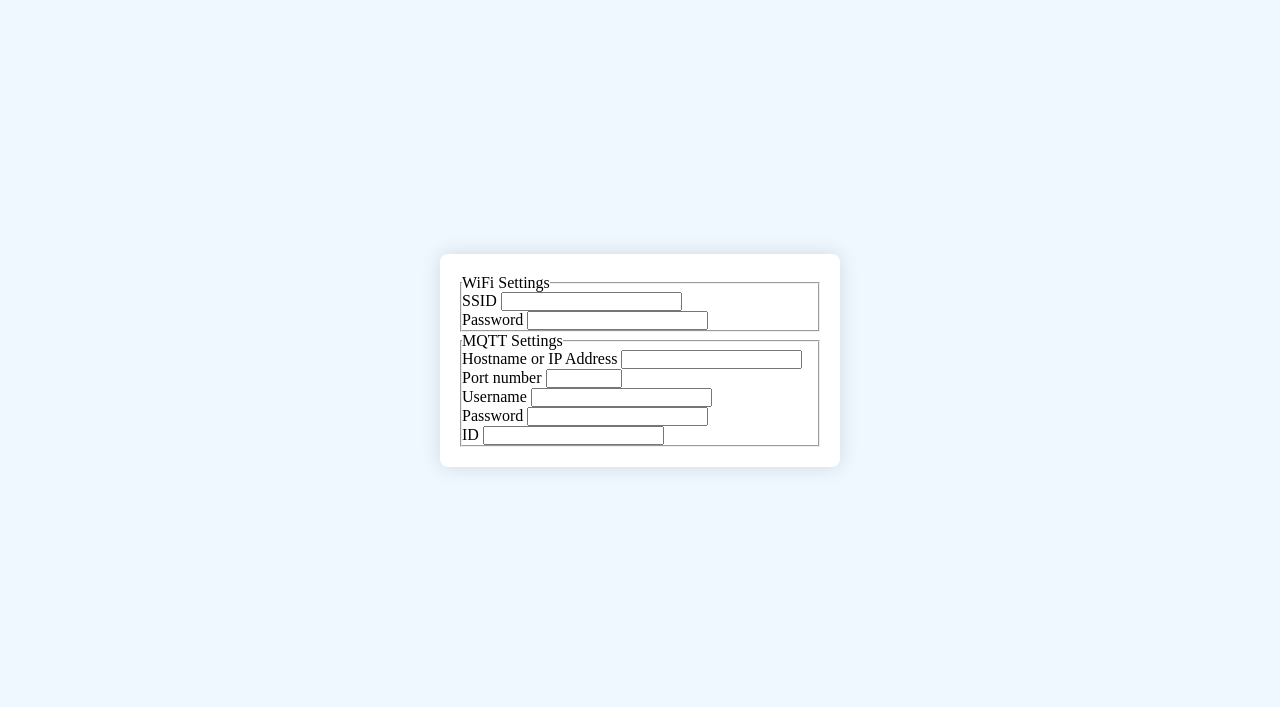
Repository: alex-dow/psikon-weather-station
Page: / (app in webapp/)
The author's editor kept a copy of each file at every save. The page is drawn from the files as they stood at one save, then again after the next save.
The browser window is 1280 px wide. The pictures show the whole page.
The project was rebuilt for these pictures with package versions that can differ from the ones it lists, and the page was loaded fresh each time.

Above is the page before, as saved 2021-12-10 13:54:49.

### webapp/public/index.html
<!DOCTYPE html>
<html lang="en">
<head>
	<meta charset='utf-8'>
	<meta name='viewport' content='width=device-width,initial-scale=1'>

	<title>Psikon Weather Station</title>
  <link rel="stylesheet" href="/global.css">
	<link rel='stylesheet' href='/bundle.css'>

	<script defer src='/bundle.js'></script>
</head>

<body>
</body>
</html>

### webapp/src/main.js
import App from './App.svelte';

const app = new App({
	target: document.body,
	props: {
		name: 'fmhe'
	}
});



export default app;

### webapp/src/App.svelte
<script>
	export let name = 'world';
</script>


  <section>
    <div class="container">

    <form>
      <fieldset>
        <legend>WiFi Settings</legend>
        <div class="form-group">
          <label for="wifi_ssid">SSID</label>
          <input id="wifi_ssid"/>
        </div>
        <div class="form-group">
          <label for="wifi_password">Password</label>
          <input id="wifi_password"/>
        </div>
      </fieldset>
      <fieldset>
        <legend>MQTT Settings</legend>
        <div class="form-group">
          <label for="mqtt_host">Hostname or IP Address</label>
          <input id="mqtt_host"/>
        </div>
        <div class="form-group">
          <label for="mqtt_port">Port number</label>
          <input id="mqtt_port" type="number" min="0" max="65536"/>
        </div>
        <div class="form-group">
          <label for="mqtt_username">Username</label>
          <input id="mqtt_username"/>
        </div>
        <div class="form-group">
          <label id="mqtt_password">Password</label>
          <input id="mqtt_password"/>
        </div>
        <div class="form-group">
          <label for="mqtt_id">ID</label>
          <input id="mqtt_id" /><br/>
        </div>
      </fieldset>
    </form>
    </div>
  </section>



<style>
 section {
  min-height: 100vh;
  width: 100%;
  display: flex;
  align-items: center;
  justify-content: center;
  background-color: aliceblue;
 }
 .container {
  max-width: 400px;
  width: 90%;
  padding: 20px;
  box-shadow: 0px 0px 20px #00000020;
  border-radius: 8px;
  background-color: white;
 }
</style>

### webapp/public/global.css
* {
  padding: 0;
  margin: 0;
  box-sizing: border-box;
 }
 body {
  font-family: "Montserrat";
 }

After the next save:
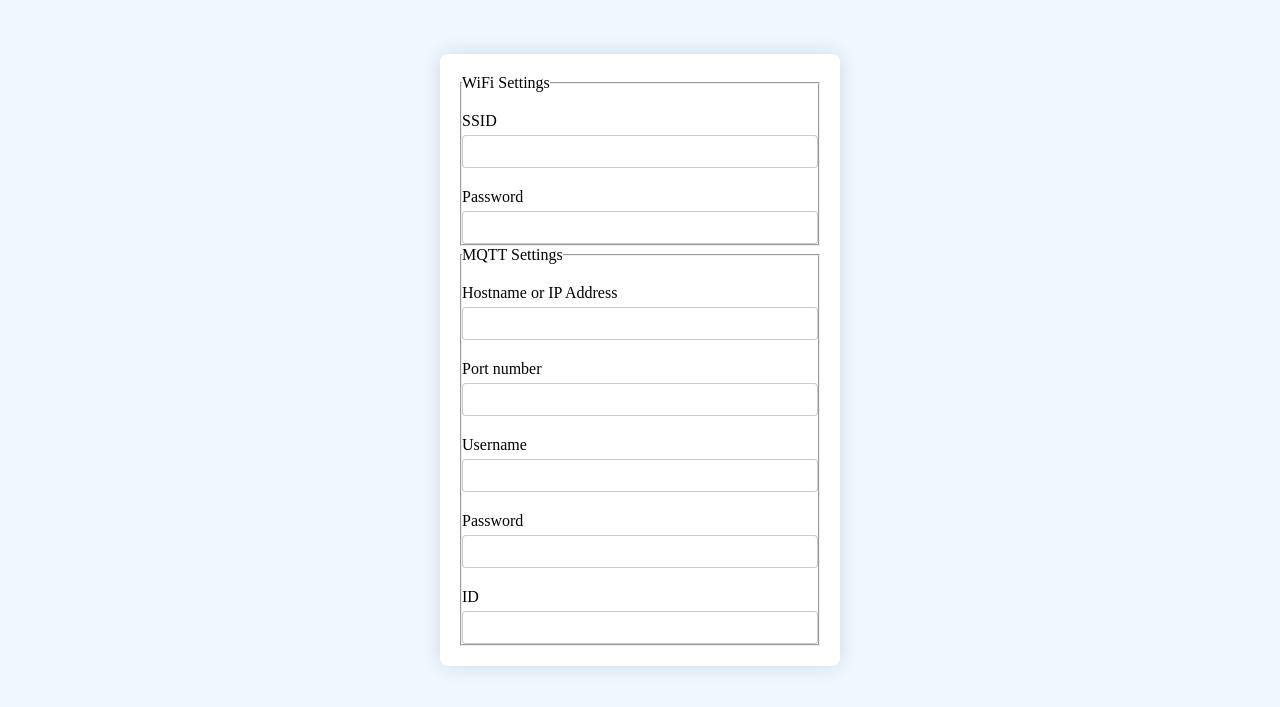
Saved 20 s later.
--- a/webapp/public/global.css
+++ b/webapp/public/global.css
@@ -6,3 +6,16 @@
  body {
   font-family: "Montserrat";
  }
+
+ .form-group {
+  width: 100%;
+  margin-top: 20px;
+ }
+ .form-group input {
+  width: 100%;
+  border: 1.5px solid rgba(128, 128, 128, 0.418);
+  padding: 5px;
+  font-size: 18px;
+  margin-top: 5px;
+  border-radius: 4px;
+ }
